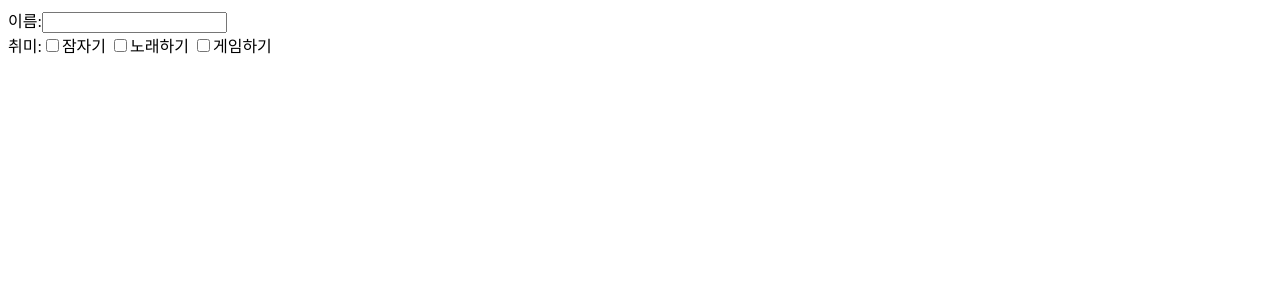
Repository: jeongho97/JSP
Page: http://localhost/JSP/insert.jsp
An editor plug-in stored every save of this project. The page is shown before and after a run of saves, followed by the edit.
The browser window is 1280 px wide. The pictures show the whole page.
The page is served by Tomcat 9.

Above is the page before, as saved 2022-05-17 03:11:02.

After the next 2 saves:
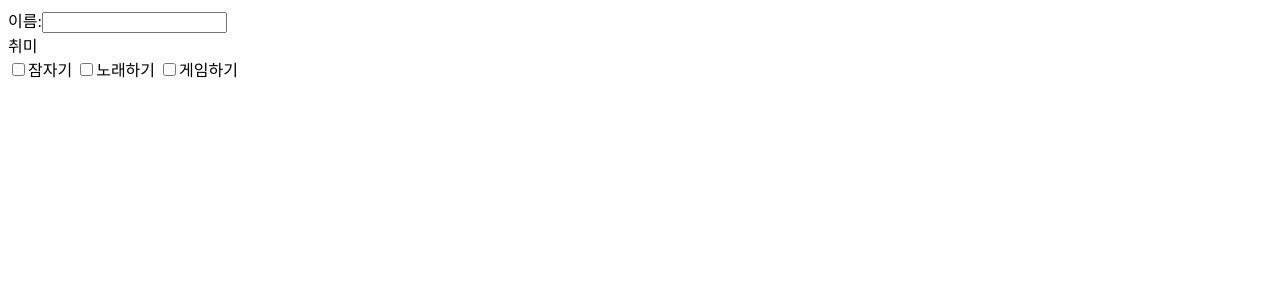
The 2 saves are shown as one change because they came seconds apart.
The last was saved 22 s later.
--- a/JSP/WebContent/insert.jsp
+++ b/JSP/WebContent/insert.jsp
@@ -10,9 +10,11 @@
 <form action="hello">
 이름:<input type="text" name="name">
 <br>
-취미:<lable><input type="checkbox" name="hobby" value="축구">잠자기</lable>
-	<lable><input type="checkbox" name="hobby" value="농구">노래하기</lable>
-	<lable><input type="checkbox" name="hobby" value="야구">게임하기</lable>
+취미
+<br>
+<lable><input type="checkbox" name="hobby" value="축구">잠자기</lable>
+<lable><input type="checkbox" name="hobby" value="농구">노래하기</lable>
+<lable><input type="checkbox" name="hobby" value="야구">게임하기</lable>
 <br>
 </form>
 </body>
